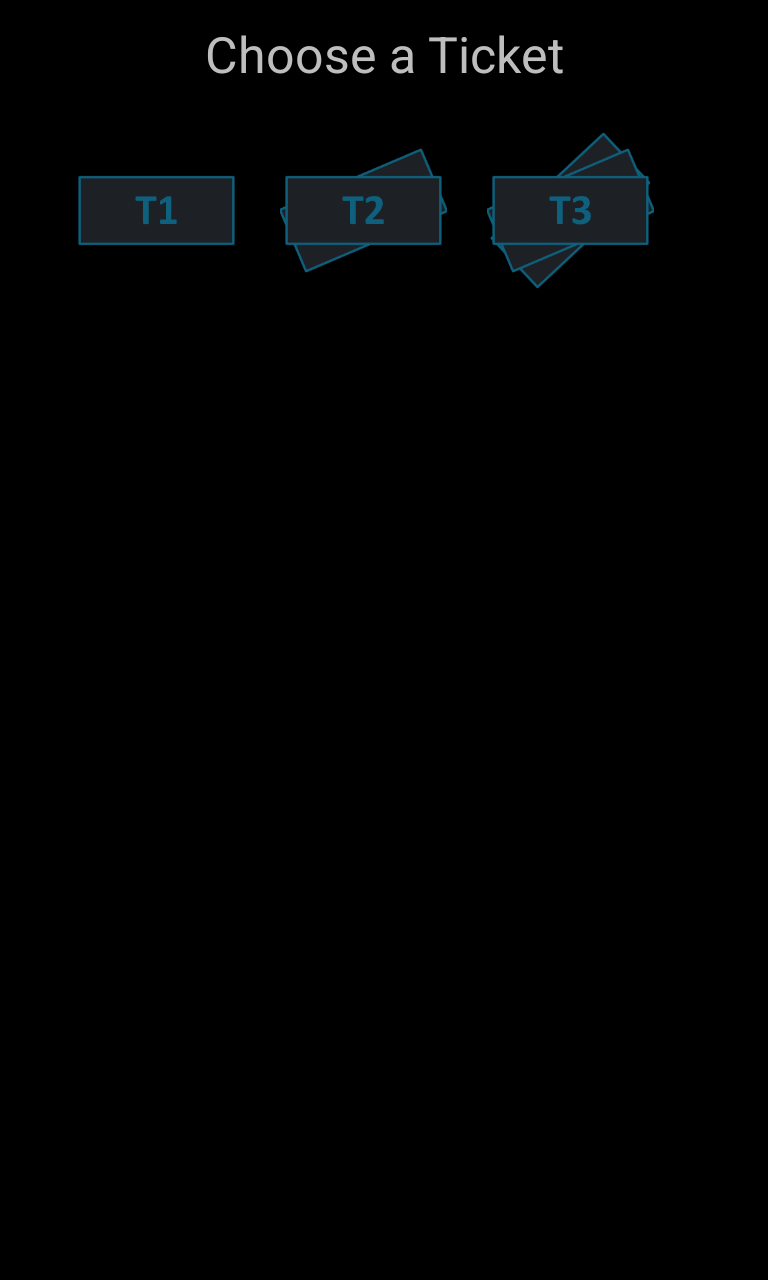
Repository: Nelspike/BusTicketer
Layout: PassengerMode/res/layout/fragment_show_tickets.xml
An editor plug-in stored every save of this project. The layout is shown before and after the next save, followed by the edit.
It is drawn on a 768 x 1280 px phone screen (xhdpi) without system bars, with theme AppTheme; the app's code is not run.

Above is the layout before, as saved 2013-10-19 20:12:59.

### PassengerMode/res/layout/fragment_show_tickets.xml
<FrameLayout xmlns:android="http://schemas.android.com/apk/res/android"
    xmlns:tools="http://schemas.android.com/tools"
    android:layout_width="match_parent"
    android:layout_height="match_parent"
    tools:context=".ShowTicketsFragment" >

    <LinearLayout
        android:layout_width="match_parent"
        android:layout_height="wrap_content"
        android:orientation="vertical"
        android:paddingTop="10dp">

	    <TextView
	        android:layout_width="match_parent"
	        android:layout_height="wrap_content"
	        android:text="@string/show_tickets_title"
	        android:textSize="25sp"
	        android:gravity="center"/>

		<RadioGroup
		    android:layout_width="match_parent"
		    android:layout_height="wrap_content"
		    android:gravity="center"
		    android:orientation="horizontal"
		    android:paddingTop="20dp" >

		    <RadioButton
		        android:button="@drawable/t1"
		        android:paddingLeft="20dp"/>

		    <RadioButton
		        android:button="@drawable/t2"
		        android:paddingLeft="20dp"/>

		    <RadioButton
		        android:button="@drawable/t3"
		        android:paddingLeft="20dp"/>

		</RadioGroup>

    </LinearLayout>




</FrameLayout>

### PassengerMode/res/values/styles.xml
<resources>

    <!--
        Base application theme, dependent on API level. This theme is replaced
        by AppBaseTheme from res/values-vXX/styles.xml on newer devices.
    -->
    <style name="AppBaseTheme" parent="android:Theme.Holo">
        <!--
            Theme customizations available in newer API levels can go in
            res/values-vXX/styles.xml, while customizations related to
            backward-compatibility can go here.
        -->
    </style>

    <!-- Application theme. -->
    <style name="AppTheme" parent="android:Theme.Holo">
        <!-- All customizations that are NOT specific to a particular API-level can go here. -->
    </style>

</resources>

### PassengerMode/res/values/strings.xml
<?xml version="1.0" encoding="utf-8"?>
<resources>

    <string name="app_name">Passenger Mode</string>
    <string name="action_settings">Settings</string>
    <string name="hello_world">Hello world!</string>
    <string name="welcome_string">Welcome to Bus Ticketer!</string>
    <string name="splash_screen_description">Splash Screen Logo</string>
    <string name="splash_screen_terms">Lorem ipsum dolor sit amet, consectetur adipiscing elit. In porta cursus lacus ut porta. Ut luctus et urna eu malesuada. Donec magna diam, mollis molestie est eu, bibendum semper quam. Curabitur rhoncus iaculis nisi ut luctus. Pellentesque habitant morbi tristique senectus et netus et malesuada fames ac turpis egestas. Ut luctus gravida massa, a posuere nunc sagittis ac. Maecenas porta nisi sed interdum varius. Nunc tincidunt turpis nec orci interdum sollicitudin in at nulla. Integer non lorem a elit elementum iaculis consectetur vel ipsum. Aenean sed eros laoreet, egestas lacus eu, accumsan risus. Aliquam consequat sagittis urna, quis accumsan felis malesuada sed.</string>
    <string name="splash_screen_name_label">Name:</string>
    <string name="splash_screen_card_label">CC No.:</string>
    <string name="splash_screen_register_button">Register it up!</string>
    <string name="title_activity_central">CentralActivity</string>
    <string name="hello_blank_fragment">Hello blank fragment</string>
    <string name="description">Generic Description</string>
    <string name="validate_ticket">Validate!</string>
    <string name="show_tickets_title">Choose a Ticket</string>

</resources>

### PassengerMode/res/drawable-xxhdpi/t1_selector.xml
<?xml version="1.0" encoding="utf-8"?>
<selector xmlns:android="http://schemas.android.com/apk/res/android" >
	<item android:state_checked="true" android:drawable="@drawable/selectedt1" />
	<item android:state_checked="false" android:drawable="@drawable/t1" />
</selector>

After the next save:
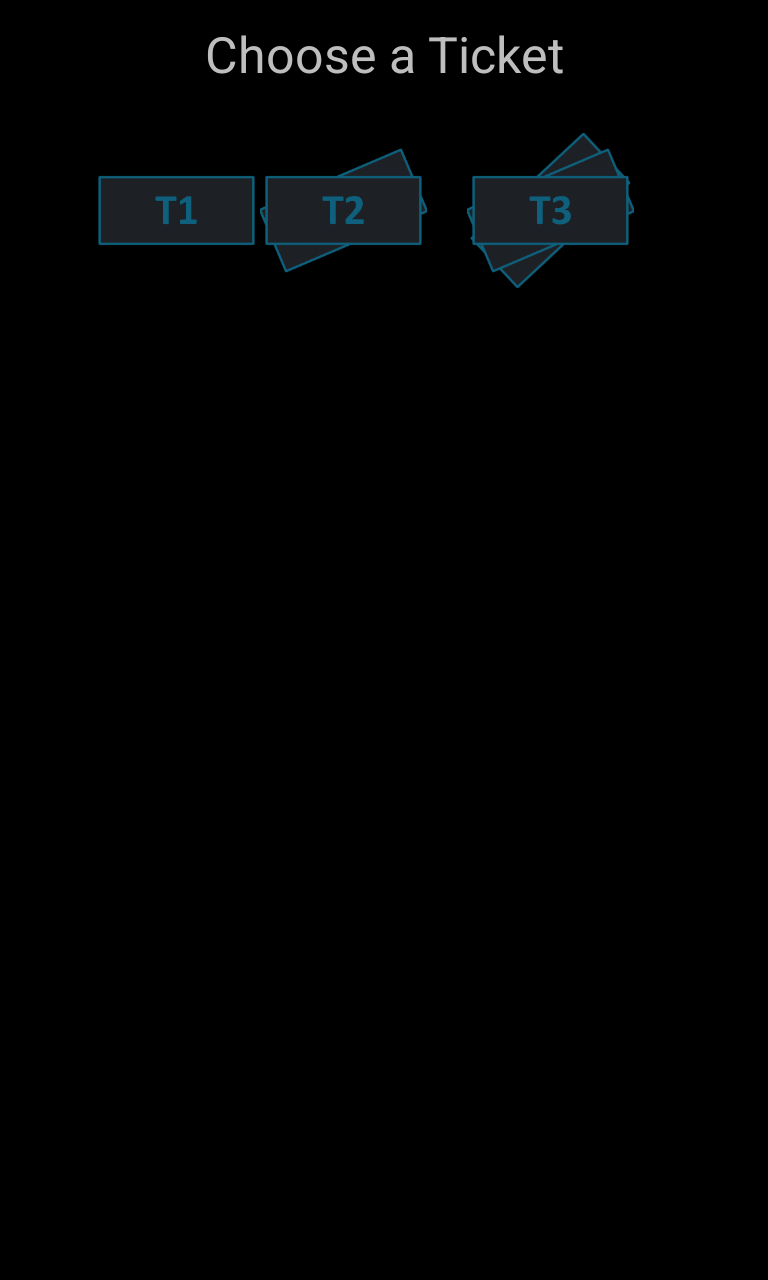
Saved 36 s later.
--- a/PassengerMode/res/layout/fragment_show_tickets.xml
+++ b/PassengerMode/res/layout/fragment_show_tickets.xml
@@ -24,9 +24,10 @@
 		    android:orientation="horizontal"
 		    android:paddingTop="20dp" >
 
-		    <RadioButton
-		        android:button="@drawable/t1"
-		        android:paddingLeft="20dp"/>
+			<CheckBox
+				android:button="@drawable/t1_selector"
+				android:layout_width="wrap_content"
+				android:layout_height="wrap_content"/>
 
 		    <RadioButton
 		        android:button="@drawable/t2"

After the save that followed:
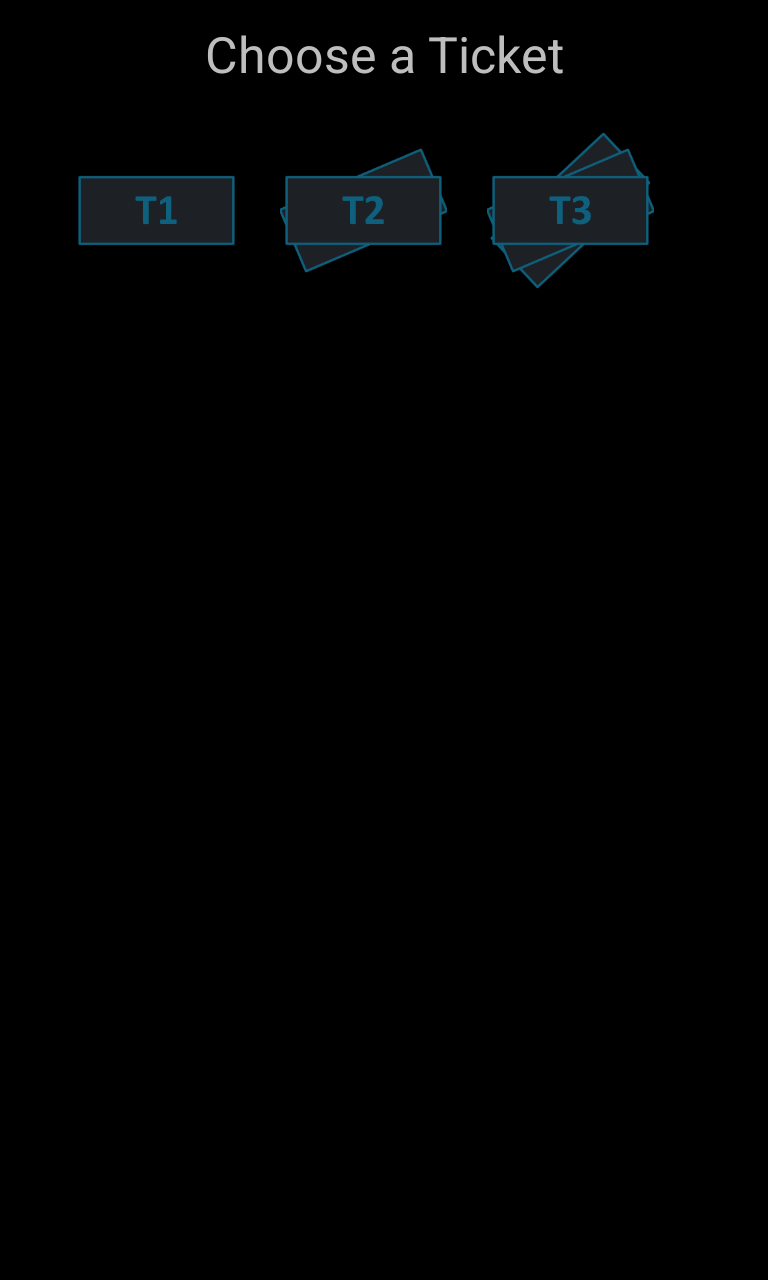
Saved 9 s later.
--- a/PassengerMode/res/layout/fragment_show_tickets.xml
+++ b/PassengerMode/res/layout/fragment_show_tickets.xml
@@ -27,7 +27,8 @@
 			<CheckBox
 				android:button="@drawable/t1_selector"
 				android:layout_width="wrap_content"
-				android:layout_height="wrap_content"/>
+				android:layout_height="wrap_content"
+		        android:paddingLeft="20dp"/>
 
 		    <RadioButton
 		        android:button="@drawable/t2"
